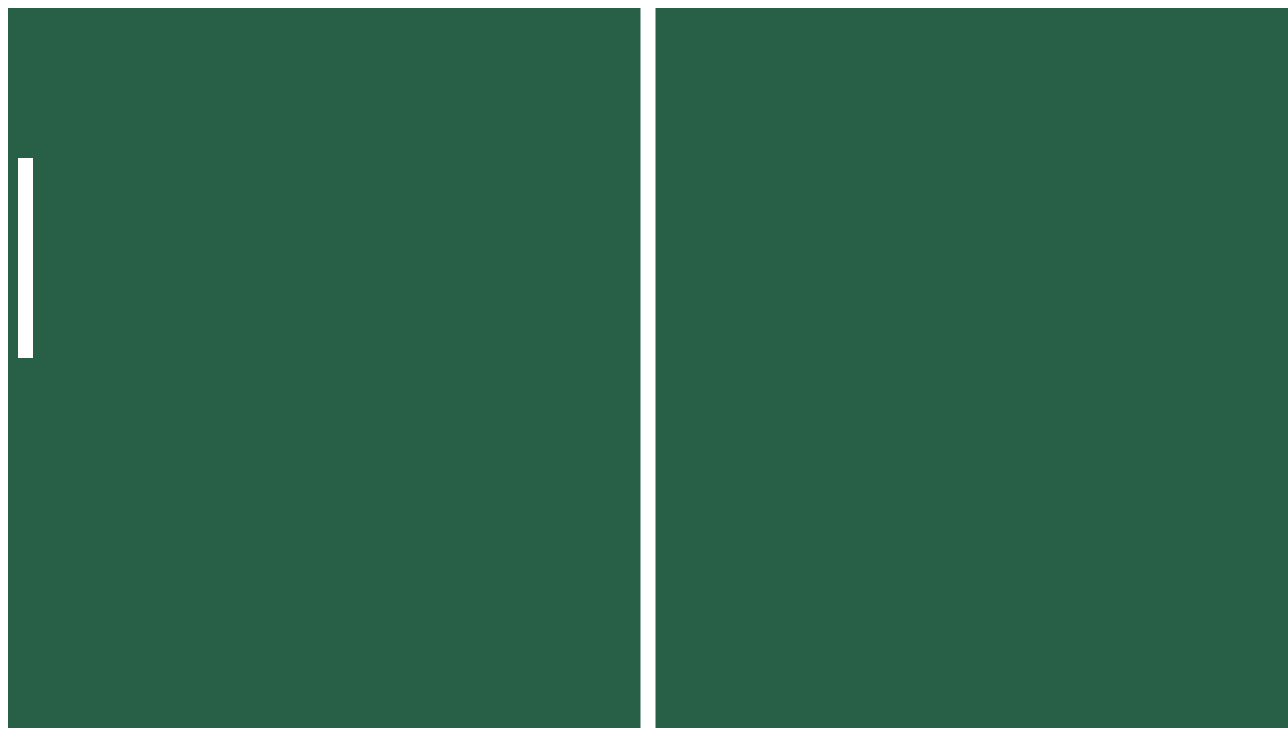
Repository: AkirahCarvalho/ping_pong
Page: index.html
These files come from the project's save history. The page is drawn as it stood at one moment and after the next save; the edit follows.
The browser window is 1280 px wide. The page is 1288 px wide, then 1280 px, then 1288 px, so the pictures cover 1288 px, including what lies to the right of the window. The pictures show the whole page.

Above is the page before, as saved 2024-03-26 15:57:56.
Console error (its wording comes from the project's code and is left out).

### index.html
<!DOCTYPE html>
<html lang="en">
<head>
    <meta charset="UTF-8">
    <meta name="viewport" content="width=device-width, initial-scale=1.0">
    <title>PING PONG</title>

</head>
<body>
    <canvas>

    </canvas>
    <script>
        const canvasEl = document.querySelector("canvas"),
         canvasCtx = canvasEl.getContext("2d")

         const lineWidth=15

        function setup(){ //roda o elemento
            canvasEl.width = canvasCtx.width = window.innerWidth
            canvasEl.height = canvasCtx.height = window.innerHeight
        }

        function draw(){
            canvasCtx.fillStyle="#286047"
            canvasCtx.fillRect(0,0, window.innerWidth, window.innerHeight)

            canvasCtx.fillStyle="#ffffff"

            const x=window.innerWidth / 2 - lineWidth / 2
            const y=0
            const w=lineWidth
            const h=window.innerHeight

            canvasCtx.fillRect(x, y, w, h)
          //desenhando raquete esquerda
            canvasCtx.fillRect(10, 150, lineWidth, 200)
            //desenhando raquete direita
            canvasCtx.fillRect()
        }

        setup()
        draw()
    </script>
</body>
</html>

After the next save:
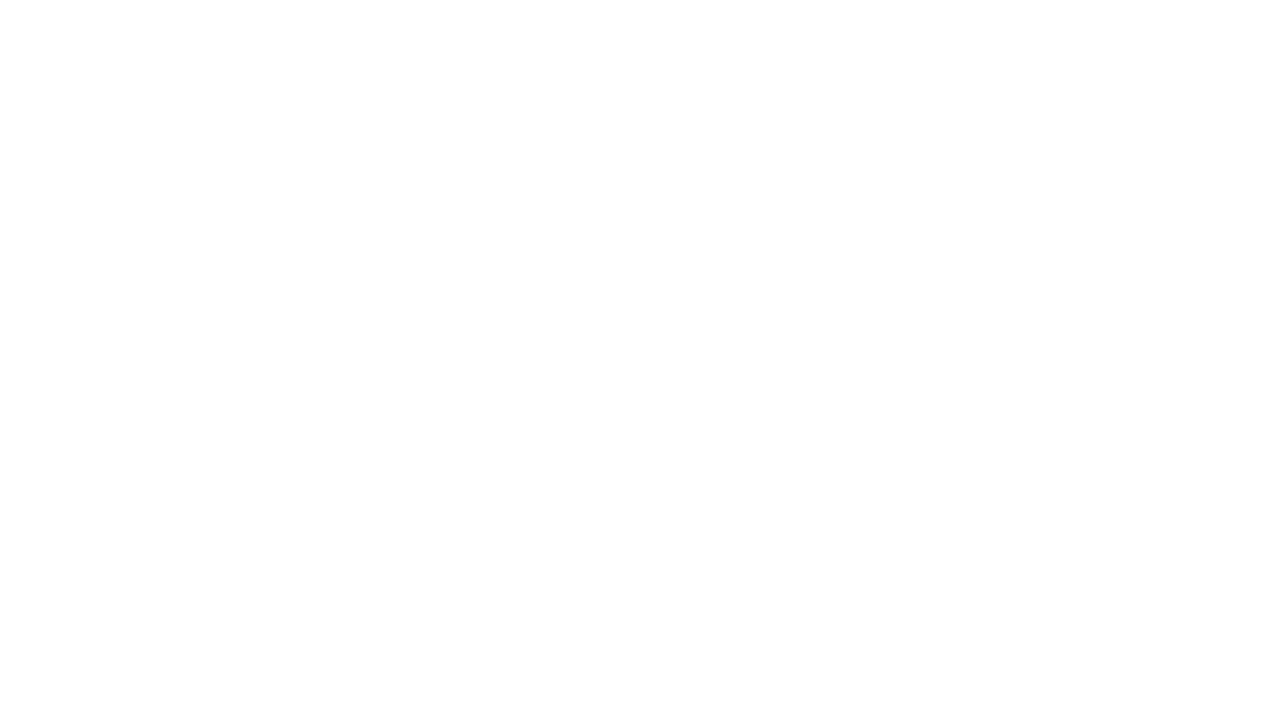
Console error: SyntaxError: Unexpected token ')'
Saved 46 s later.
--- a/index.html
+++ b/index.html
@@ -36,7 +36,7 @@
           //desenhando raquete esquerda
             canvasCtx.fillRect(10, 150, lineWidth, 200)
             //desenhando raquete direita
-            canvasCtx.fillRect()
+            canvasCtx.fillRect(x-)
         }
 
         setup()

After the 2 saves that followed:
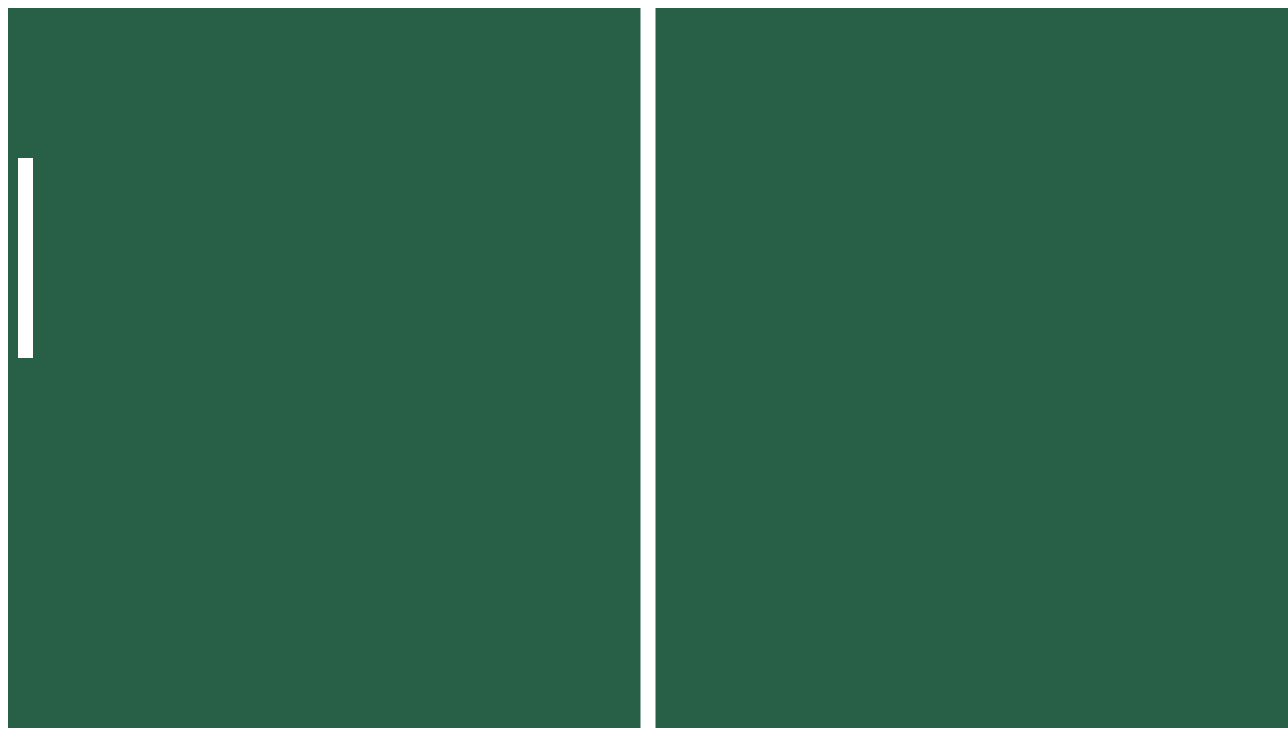
Console error (its wording comes from the project's code and is left out).
The 2 saves are shown as one change because they came seconds apart.
The last was saved 10 s later.
--- a/index.html
+++ b/index.html
@@ -36,7 +36,7 @@
           //desenhando raquete esquerda
             canvasCtx.fillRect(10, 150, lineWidth, 200)
             //desenhando raquete direita
-            canvasCtx.fillRect(x-)
+            canvasCtx.fillRect(x-lineWidth)
         }
 
         setup()
